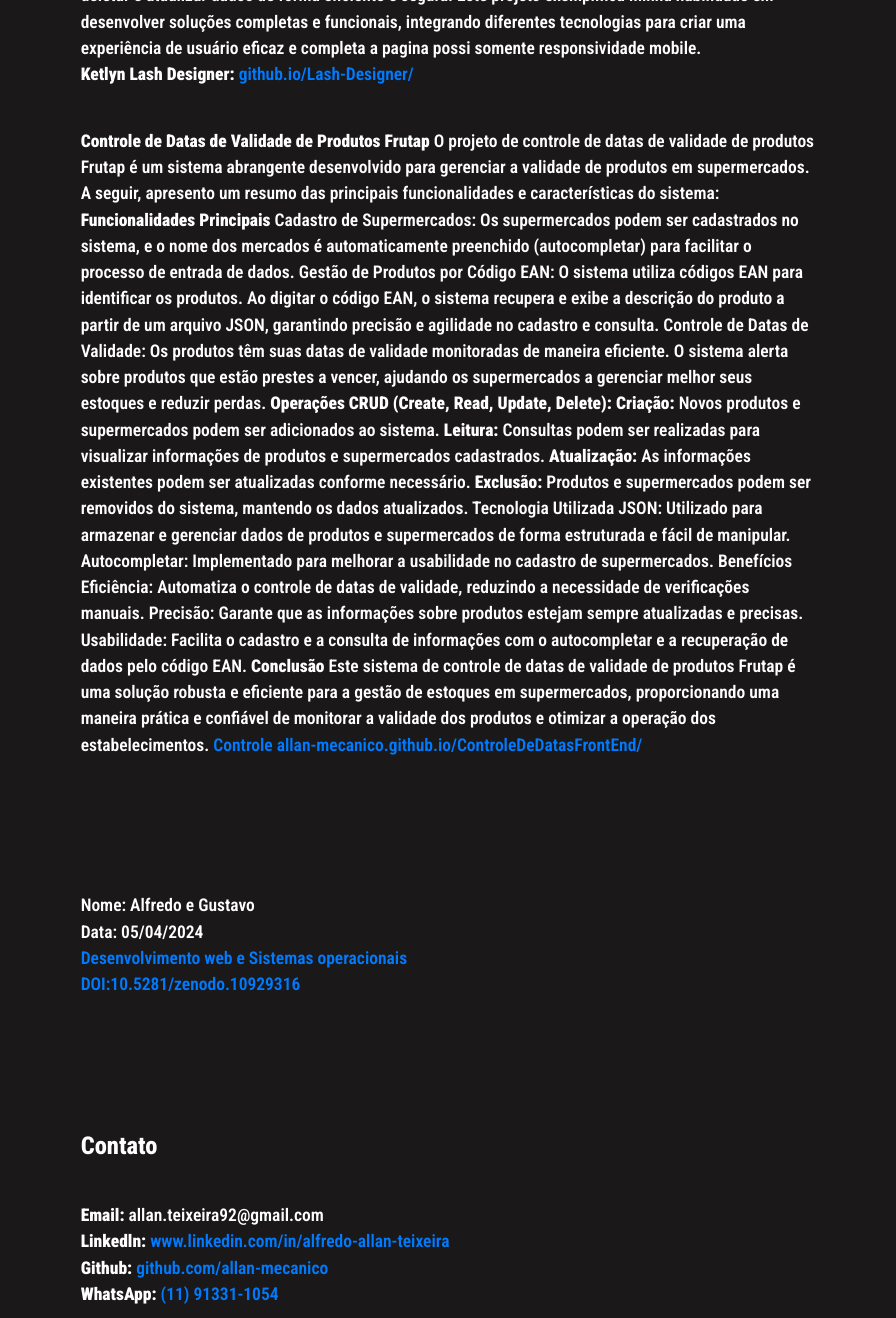
Repository: alfredo-allan/Portfolio
Page: index.html
These files come from the project's save history. The page is drawn as it stood at one moment and after a run of saves; the edit follows.
The browser window is 1280 px wide. The pictures show the part of the page from y = 2659 to 4579 px (the page is 4542 px tall before and 4579 px after), at 70% of full size.

Above is the page before, as saved 2024-05-26 19:40:00.

### index.html
<!DOCTYPE html>
<html lang="pt-BR">
  <head>
    <meta charset="UTF-8" />
    <meta name="viewport" content="width=device-width, initial-scale=1.0" />
    <link
      rel="stylesheet"
      href="https://stackpath.bootstrapcdn.com/bootstrap/4.1.3/css/bootstrap.min.css"
      integrity="sha384-MCw98/SFnGE8fJT3GXwEOngsV7Zt27NXFoaoApmYm81iuXoPkFOJwJ8ERdknLPMO"
      crossorigin="anonymous"
    />
    <link rel="stylesheet" href="./src/assets/styles/home.css" />
    <link
      href="https://fonts.googleapis.com/css2?family=Roboto+Condensed:ital,wght@0,100..900;1,100..900&display=swap"
      rel="stylesheet"
    />

    <title>Portfolio</title>
    <div class="foto-perfil">
      <img src="./src/assets/images/foto-perfil.jpeg" alt="Minha Foto" />
    </div>
    <div class="menu">
      <ul>
        <li><a href="#Sobre">Sobre</a></li>
        <li><a href="#Conhecimento">Conhecimento</a></li>
        <li><a href="#Contato">Contato</a></li>
        <li><a href="#Projetos">Projetos</a></li>
        <li><a href="#Atividades">Atividades Faculdade</a></li>
        <li><a href="./curriculo.html">Currículo</a></li>
      </ul>
    </div>
    <div class="container" id="Sobre">
      <h2>Sobre</h2>
      <p>
        Meu nome é Alfredo Allan, e sou um profissional dedicado e apaixonado
        por tecnologia. Possuo experiência e conhecimento em diversos cursos e
        treinamentos, tais como Shell Script, introdução ao sistema operacional
        Linux, programação para internet com JavaScript, recriação da página do
        Instagram, criação de sites com HTML5 e CSS3, Git e GitHub, estruturas
        de algoritmos, lógica e programação essencial. Além disso, também possuo
        certificações em engenharia social e phishing, e sou um usuário
        experiente de Linux. Tenho um projeto pessoal de uma página de
        empréstimo no GitHub, onde aplico meus conhecimentos e habilidades de
        programação e web design. Estou sempre em busca de aprendizado e novos
        desafios, e estou confiante de que posso contribuir de forma
        significativa para sua equipe. Estou ansioso para mostrar como minhas
        habilidades e experiências podem agregar valor à sua empresa.
      </p>
    </div>
    <div id="Conhecimento">
      <h2>Conhecimento</h2>
      <p>
        Cursando Analise e desenvolvimento de sistemas <br />
        Shell script - manipulando arquivos <br />
        Introdução ao sistema operacional linux <br />
        Programação para internet com javascritp <br />
        Recriando a pagina do instagram <br />
        Imersão front-end Alura <br />
        Introdução a criação de sites com HTML 5 E CSS3 <br />
        Introdução ao git eo github <br />
        O que são estruturas de algoritimo <br />
        Logica e programação essencial <br />
        Engenharia social e phishing <br />
      </p>
    </div>

    <div id="sistemas">
      <h2>Sistemas Operacionais</h2>
      <p>
        Como usuário de Linux, possuo conhecimento em pacotes gerenciadores como
        apt e yum, bem como em servidores Apache. Sou capaz de estabelecer
        conexões SSH, gerar chaves públicas, e possuo boas práticas no uso do
        terminal de comandos. Além disso, possuo habilidades avançadas em
        instalação e configuração de sistemas operacionais, inclusive na
        manipulação de variáveis de ambiente como o PATH. Estas competências são
        fundamentais para garantir um ambiente de trabalho eficiente e seguro.
      </p>
    </div>
    <div id="Projetos">
      <h2>Projetos</h2>
      <p>
        Desenvolvi uma página web responsiva utilizando Bootstrap 5, HTML e CSS.
        A página possui uma simulação de empréstimo, onde o usuário pode
        escolher o número de meses para financiar e ver uma prestação
        aproximada. Além disso, incluí um botão de contato via WhatsApp para
        facilitar a comunicação com um corretor. <br />
        <strong>Emprestimo:</strong
        ><a href="https://allan-mecanico.github.io/Emprestimo-facil/index.html">
          github.io/Emprestimo-facil/
        </a>
      </p>
      <p>
        Esse projeto combina o uso de tecnologias front-end e back-end para
        criar uma aplicação web dinâmica e interativa. O front-end foi
        desenvolvido com HTML, CSS e JavaScript e está hospedado no GitHub
        Pages. Já o back-end foi feito em Python com o framework Flask e está
        hospedado no PythonAnywhere, onde é utilizado como um servidor de um
        banco de dados SQLite. A aplicação conta com rotas para criar, deletar e
        atualizar dados de forma eficiente e segura. Este projeto exemplifica
        minha habilidade em desenvolver soluções completas e funcionais,
        integrando diferentes tecnologias para criar uma experiência de usuário
        eficaz e completa a pagina possi somente responsividade mobile. <br />
        <strong>Ketlyn Lash Designer:</strong
        ><a href="https://allan-mecanico.github.io/Lash-Designer/">
          github.io/Lash-Designer/
        </a>
      </p>
      <p>
        <strong>Controle de Datas de Validade de Produtos Frutap</strong>
        O projeto de controle de datas de validade de produtos Frutap é um
        sistema abrangente desenvolvido para gerenciar a validade de produtos em
        supermercados. A seguir, apresento um resumo das principais
        funcionalidades e características do sistema:

        <strong>Funcionalidades Principais</strong>
        Cadastro de Supermercados: Os supermercados podem ser cadastrados no
        sistema, e o nome dos mercados é automaticamente preenchido
        (autocompletar) para facilitar o processo de entrada de dados. Gestão de
        Produtos por Código EAN: O sistema utiliza códigos EAN para identificar
        os produtos. Ao digitar o código EAN, o sistema recupera e exibe a
        descrição do produto a partir de um arquivo JSON, garantindo precisão e
        agilidade no cadastro e consulta. Controle de Datas de Validade: Os
        produtos têm suas datas de validade monitoradas de maneira eficiente. O
        sistema alerta sobre produtos que estão prestes a vencer, ajudando os
        supermercados a gerenciar melhor seus estoques e reduzir perdas.
        <strong>Operações CRUD (Create, Read, Update, Delete):</strong>

        <strong>Criação:</strong> Novos produtos e supermercados podem ser
        adicionados ao sistema. <strong>Leitura:</strong> Consultas podem ser
        realizadas para visualizar informações de produtos e supermercados
        cadastrados. <strong>Atualização:</strong> As informações existentes
        podem ser atualizadas conforme necessário.
        <strong>Exclusão:</strong> Produtos e supermercados podem ser removidos
        do sistema, mantendo os dados atualizados. Tecnologia Utilizada JSON:
        Utilizado para armazenar e gerenciar dados de produtos e supermercados
        de forma estruturada e fácil de manipular. Autocompletar: Implementado
        para melhorar a usabilidade no cadastro de supermercados. Benefícios
        Eficiência: Automatiza o controle de datas de validade, reduzindo a
        necessidade de verificações manuais. Precisão: Garante que as
        informações sobre produtos estejam sempre atualizadas e precisas.
        Usabilidade: Facilita o cadastro e a consulta de informações com o
        autocompletar e a recuperação de dados pelo código EAN.
        <strong>Conclusão</strong>
        Este sistema de controle de datas de validade de produtos Frutap é uma
        solução robusta e eficiente para a gestão de estoques em supermercados,
        proporcionando uma maneira prática e confiável de monitorar a validade
        dos produtos e otimizar a operação dos estabelecimentos.
        <a href="https://allan-mecanico.github.io/ControleDeDatasFrontEnd/"
          >Controle  allan-mecanico.github.io/ControleDeDatasFrontEnd/</a
        >
      </p>
    </div>
    <div id="Atividades">
      <p>
          Nome: Alfredo e Gustavo  <br>
          Data: 05/04/2024 <br>
        <a href="https://zenodo.org/records/10929316"
          >Desenvolvimento web e Sistemas operacionais <br>
          DOI:10.5281/zenodo.10929316</a
        >
      </p>
    </div>
    <div id="Contato">
      <h2>Contato</h2>

      <p>
        <strong>Email:</strong> allan.teixeira92@gmail.com <br />
        <strong>Linkedln:</strong
        ><a
          href="https://www.linkedin.com/in/alfredo-allan-teixeira-ba2701149/"
        >
          www.linkedin.com/in/alfredo-allan-teixeira <br
        /></a>

        <strong>Github:</strong
        ><a href="https://github.com/allan-mecanico">
          github.com/allan-mecanico<br
        /></a>
        <strong>WhatsApp:</strong
        ><a href="https://api.whatsapp.com/send?phone=5511913311054">
          (11) 91331-1054<br
        /></a>
      </p>
    </div>
  </head>
  <body>
    <script
      src="https://code.jquery.com/jquery-3.3.1.slim.min.js"
      integrity="sha384-q8i/X+965DzO0rT7abK41JStQIAqVgRVzpbzo5smXKp4YfRvH+8abtTE1Pi6jizo"
      crossorigin="anonymous"
    ></script>
    <script
      src="https://cdnjs.cloudflare.com/ajax/libs/popper.js/1.14.3/umd/popper.min.js"
      integrity="sha384-ZMP7rVo3mIykV+2+9J3UJ46jBk0WLaUAdn689aCwoqbBJiSnjAK/l8WvCWPIPm49"
      crossorigin="anonymous"
    ></script>
    <script
      src="https://stackpath.bootstrapcdn.com/bootstrap/4.1.3/js/bootstrap.min.js"
      integrity="sha384-ChfqqxuZUCnJSK3+MXmPNIyE6ZbWh2IMqE241rYiqJxyMiZ6OW/JmZQ5stwEULTy"
      crossorigin="anonymous"
    ></script>
  </body>
</html>

### src/assets/styles/home.css
:root {
  --roboto-condensed: "Roboto Condensed", sans-serif;
}

body {
  font-family: var(--roboto-condensed);
  background-color: rgb(26, 24, 24);
  background-position: center;
  background-size: cover;
}

@media (min-width: 310px) and (max-width: 480px) {
  body {
    background-image: url("../images/git-img.jpg");
    background-repeat: no-repeat;
    background-attachment: fixed;
  }
}

.menu ul {
  font-size: 1.5rem;
  font-weight: 600;
  margin-top: -14%;
  margin-right: 4%;
  text-align: right;
  list-style: none;
  li {
    margin-right: 12px;
    display: inline-block;
  }
}

@media only screen and (min-width: 310px) and (max-width: 450px) {
  .menu ul {
    font-weight: 1000;
    text-align: left;
    margin-top: -45%;
    padding: 20%;
    margin-left: 40%;
    font-size: 20px;
  }
}

.foto-perfil {
  margin-top: 1%;
  margin-left: 8%;
  width: 200px;
  height: 200px;
  border-radius: 50%;
  overflow: hidden;
}

.foto-perfil img {
  width: 100%;
  height: 100%;
  object-fit: cover;
}

@media only screen and (min-width: 310px) and (max-width: 450px) {
  .foto-perfil {
    width: 80px;
    height: 80px;
    margin-left: 10%;
    margin-top: 7%;
  }
}

#Sobre {
  color: white;
  margin-top: 20%;
  margin-left: 9%;
  h2 {
    font-weight: 1000;
    font-size: 35px;
    font-weight: 800;
  }
  p {
    font-weight: 300;
    margin-top: 5%;
    font-size: 25px;
    font-family: var(--roboto-condensed);
    width: 100%; /* Define a largura desejada */
    font-weight: 600;
  }
}

@media only screen and (min-width: 310px) and (max-width: 450px) {
  #Sobre {
    margin-left: -1%;
    margin-top: -10%;
    h2 {
      color: white;
      font-size: 22px;
      font-weight: 800;
    }
    p {
      color: white;
      margin-top: 5%;
      font-size: 18px;
      font-family: var(--roboto-condensed);
      width: 100%; /* Define a largura desejada */
      font-weight: 350;
    }
  }
}

#Conhecimento {
  color: white;
  margin-top: 15%;
  margin-left: 9%;
  h2 {
    font-size: 35px;
    font-weight: 800;
  }
  p {
    margin-top: 5%;
    font-size: 25px;
    font-family: var(--roboto-condensed);
    width: 90%; /* Define a largura desejada */
    font-weight: 600;
  }
}

@media only screen and (min-width: 310px) and (max-width: 450px) {
  #Conhecimento {
    margin-left: 1%;
    margin-top: 35%;
    h2 {
      color: white;
      font-size: 22px;
      font-weight: 800;
    }
    p {
      color: white;
      margin-top: 5%;
      font-size: 18px;
      font-family: var(--roboto-condensed);
      width: 100%; /* Define a largura desejada */
      font-weight: 350;
    }
  }
}
#sistemas {
  color: white;
  margin-top: 15%;
  margin-left: 9%;
  h2 {
    font-size: 35px;
    font-weight: 800;
  }
  p {
    margin-top: 5%;
    font-size: 25px;
    font-family: var(--roboto-condensed);
    width: 90%; /* Define a largura desejada */
    font-weight: 600;
  }
}

@media only screen and (min-width: 310px) and (max-width: 450px) {
  #sistemas {
    margin-left: -0%;
    margin-top: 20%;
    h2 {
      font-size: 22px;
      font-weight: 800;
    }
    p {
      margin-top: 5%;
      font-size: 18px;
      font-family: var(--roboto-condensed);
      width: 100%; /* Define a largura desejada */
      font-weight: 350;
    }
  }
}

#Projetos {
  color: white;
  margin-top: 15%;
  margin-left: 9%;
  h2 {
    font-size: 35px;
    font-weight: 800;
  }
  p {
    margin-top: 5%;
    font-size: 25px;
    font-family: var(--roboto-condensed);
    width: 90%; /* Define a largura desejada */
    font-weight: 600;
  }
}

@media only screen and (min-width: 310px) and (max-width: 450px) {
  #Projetos {
    margin-left: -0%;
    margin-top: 25%;
    h2 {
      font-size: 22px;
      font-weight: 800;
    }
    p {
      color: white;
      margin-top: 5%;
      font-size: 18px;
      font-family: var(--roboto-condensed);
      width: 100%; /* Define a largura desejada */
      font-weight: 350;
    }
  }
}

#Atividades {
  color: white;
  margin-top: 15%;
  margin-left: 9%;
  h2 {
    font-size: 35px;
    font-weight: 800;
  }
  p {
    margin-top: 5%;
    font-size: 25px;
    font-family: var(--roboto-condensed);
    width: 90%; /* Define a largura desejada */
    font-weight: 600;
  }
}

@media only screen and (min-width: 310px) and (max-width: 450px) {
  #Atividades {
    margin-left: -0%;
    margin-top: 25%;
    h2 {
      font-size: 22px;
      font-weight: 800;
    }
    p {
      color: white;
      margin-top: 5%;
      font-size: 18px;
      font-family: var(--roboto-condensed);
      width: 100%; /* Define a largura desejada */
      font-weight: 350;
    }
  }
}

#Contato {
  color: white;
  margin-top: 15%;
  margin-left: 9%;
  h2 {
    font-size: 35px;
    font-weight: 800;
  }
  p {
    margin-top: 5%;
    font-size: 25px;
    font-family: var(--roboto-condensed);
    width: 90%; /* Define a largura desejada */
    font-weight: 600;
  }
}

@media only screen and (min-width: 310px) and (max-width: 450px) {
  #Contato {
    margin-top: 25%;
    margin-left: 0%;
    h2 {
      font-size: 22px;
      font-weight: 800;
    }
    p {
      width: 100%;
      margin-top: 5%;
      font-size: 18px;
      font-family: var(--roboto-condensed);
      font-weight: 350;
    }
  }
}

After the next 3 saves:
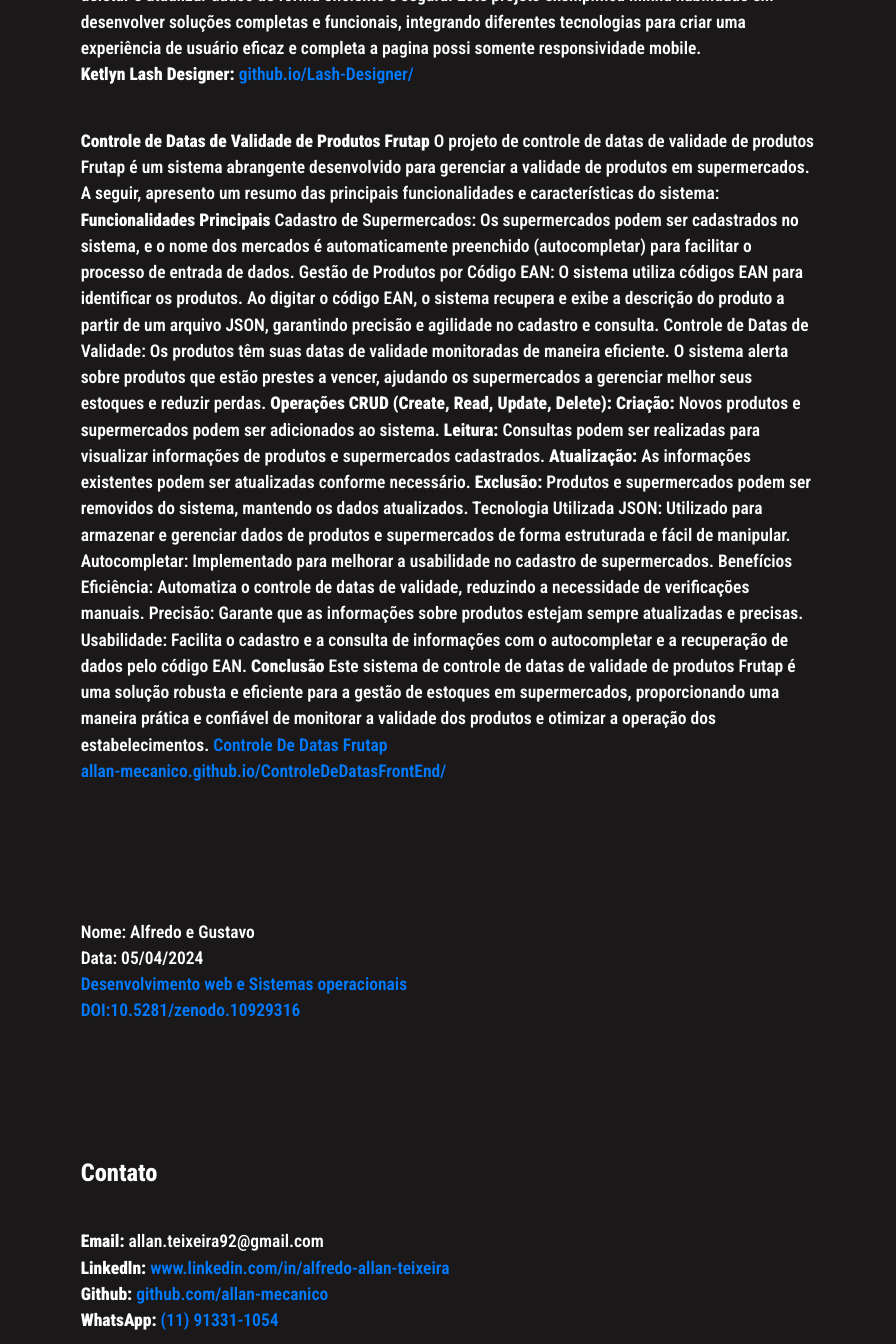
The 3 saves are shown as one change because they came seconds apart.
The last was saved 11 s later.
--- a/index.html
+++ b/index.html
@@ -146,7 +146,7 @@
         proporcionando uma maneira prática e confiável de monitorar a validade
         dos produtos e otimizar a operação dos estabelecimentos.
         <a href="https://allan-mecanico.github.io/ControleDeDatasFrontEnd/"
-          >Controle  allan-mecanico.github.io/ControleDeDatasFrontEnd/</a
+          >Controle De Datas Frutap <br> allan-mecanico.github.io/ControleDeDatasFrontEnd/</a
         >
       </p>
     </div>
